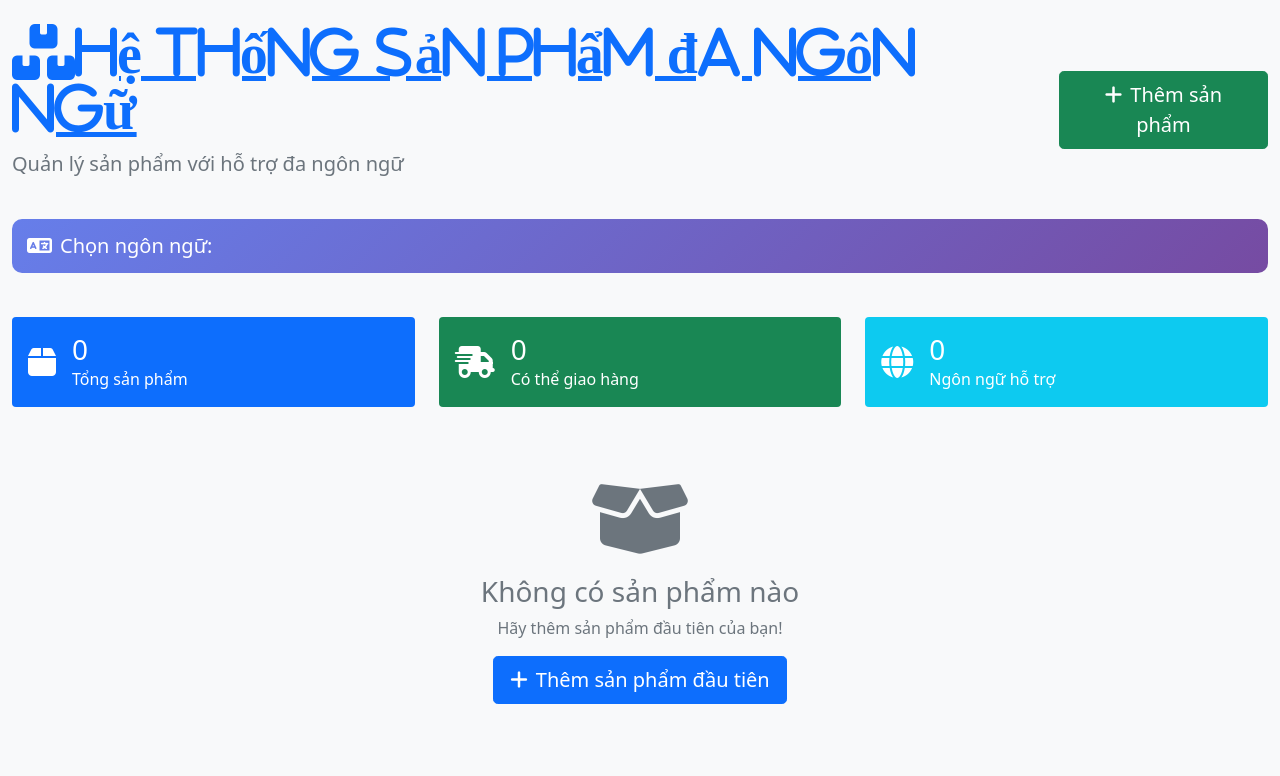
Repository: MaryPhuong11/JSP-Servlet
Page: http://localhost/JSP-Servlet/products
The author's editor kept a copy of each file at every save. The page is drawn from the files as they stood at one save, then again after the next save.
The browser window is 1280 px wide. The pictures show the whole page.
The page is served by Tomcat 9. Other server files are loaded and not shown. Queries for data that is not in the repository find no rows.

Above is the page before, as saved 2025-10-14 10:58:36.

### JSP-Servlet/src/main/webapp/WEB-INF/jsp/product-list.jsp
<%@ page contentType="text/html;charset=UTF-8" language="java" %>
<%@ taglib prefix="c" uri="http://java.sun.com/jsp/jstl/core" %>
<%@ taglib prefix="fmt" uri="http://java.sun.com/jsp/jstl/fmt" %>
<fmt:setLocale value="${sessionScope.appLocale}" />
<fmt:setBundle basename="i18n.messages" />
<!DOCTYPE html>
<html lang="vi">
<head>
    <meta charset="UTF-8">
    <meta name="viewport" content="width=device-width, initial-scale=1.0">
    <title>Danh sách sản phẩm - Multi-language Product System</title>
    <link href="https://cdn.jsdelivr.net/npm/bootstrap@5.1.3/dist/css/bootstrap.min.css" rel="stylesheet">
    <link href="https://cdnjs.cloudflare.com/ajax/libs/font-awesome/6.0.0/css/all.min.css" rel="stylesheet">
    <style>
        .language-selector {
            background: linear-gradient(135deg, #667eea 0%, #764ba2 100%);
            border-radius: 10px;
            padding: 15px;
            margin-bottom: 20px;
        }
        .card-product {
            transition: transform 0.3s ease;
            border-radius: 15px;
            box-shadow: 0 4px 6px rgba(0,0,0,0.1);
        }
        .card-product:hover {
            transform: translateY(-5px);
            box-shadow: 0 8px 25px rgba(0,0,0,0.15);
        }
        .price-tag {
            background: linear-gradient(45deg, #ff6b6b, #ee5a24);
            color: white;
            padding: 8px 15px;
            border-radius: 25px;
            font-weight: bold;
        }
        .category-badge {
            background: linear-gradient(45deg, #4834d4, #686de0);
            color: white;
            padding: 5px 12px;
            border-radius: 15px;
            font-size: 0.85em;
        }
        .shipping-status {
            padding: 3px 8px;
            border-radius: 10px;
            font-size: 0.8em;
        }
        .can-ship {
            background-color: #d4edda;
            color: #155724;
        }
        .no-ship {
            background-color: #f8d7da;
            color: #721c24;
        }
    </style>
</head>
<body class="bg-light">
    <div class="container-fluid py-4">
        <!-- Header -->
        <div class="row mb-4">
            <div class="col-12">
                <div class="d-flex justify-content-between align-items-center">
                    <div>
                        <h1 class="display-4 fw-bold text-primary">
                           <a href="/JSP-Servlet/products" class="fas fa-boxes me-3"><fmt:message key="product.list.title"/></a>
                        </h1>
                        <p class="lead text-muted"><fmt:message key="product.list.subtitle"/></p>
                    </div>
                    <div>
                        <a href="products?action=add" class="btn btn-success btn-lg">
                            <i class="fas fa-plus me-2"></i><fmt:message key="product.add"/>
                        </a>
                    </div>
                </div>
            </div>
        </div>

        <!-- Language Selector -->
        <div class="row mb-4">
            <div class="col-12">
                <div class="language-selector">
                    <div class="d-flex align-items-center">
                        <h5 class="text-white mb-0 me-3">
                            <i class="fas fa-language me-2"></i><fmt:message key="language.select"/>
                        </h5>
                        <div class="btn-group" role="group">
                            <c:forEach var="lang" items="${languages}">
                                <a href="products?lang=${lang.languageId}"
                                   class="btn ${currentLang == lang.languageId ? 'btn-light' : 'btn-outline-light'} btn-sm">
                                    ${lang.language}
                                </a>
                            </c:forEach>
                        </div>
                    </div>
                </div>
            </div>
        </div>

        <!-- Statistics -->
        <div class="row mb-4">
            <div class="col-md-4">
                <div class="card border-0 bg-primary text-white">
                    <div class="card-body">
                        <div class="d-flex align-items-center">
                            <i class="fas fa-box fa-2x me-3"></i>
                            <div>
                                <h3 class="mb-0">${products.size()}</h3>
                                <p class="mb-0"><fmt:message key="stats.totalProducts"/></p>
                            </div>
                        </div>
                    </div>
                </div>
            </div>
            <div class="col-md-4">
                <div class="card border-0 bg-success text-white">
                    <div class="card-body">
                        <div class="d-flex align-items-center">
                            <i class="fas fa-shipping-fast fa-2x me-3"></i>
                            <div>
                                <h3 class="mb-0">
                                    <c:set var="shippableCount" value="0"/>
                                    <c:forEach var="product" items="${products}">
                                        <c:if test="${product.productCategory.canBeShipped}">
                                            <c:set var="shippableCount" value="${shippableCount + 1}"/>
                                        </c:if>
                                    </c:forEach>
                                    ${shippableCount}
                                </h3>
                                <p class="mb-0"><fmt:message key="stats.shippable"/></p>
                            </div>
                        </div>
                    </div>
                </div>
            </div>
            <div class="col-md-4">
                <div class="card border-0 bg-info text-white">
                    <div class="card-body">
                        <div class="d-flex align-items-center">
                            <i class="fas fa-globe fa-2x me-3"></i>
                            <div>
                                <h3 class="mb-0">${languages.size()}</h3>
                                <p class="mb-0"><fmt:message key="stats.supportedLanguages"/></p>
                            </div>
                        </div>
                    </div>
                </div>
            </div>
        </div>

        <!-- Products Grid -->
        <div class="row">
            <c:forEach var="product" items="${products}">
                <div class="col-lg-4 col-md-6 mb-4">
                    <div class="card card-product h-100 border-0">
                        <div class="card-header bg-transparent border-0 d-flex justify-content-between align-items-center">
                            <span class="category-badge">
                                <i class="fas fa-tag me-1"></i>
                                ${product.productCategory.categoryName}
                            </span>
                            <span class="shipping-status ${product.productCategory.canBeShipped ? 'can-ship' : 'no-ship'}">
                                <i class="fas fa-${product.productCategory.canBeShipped ? 'truck' : 'times'} me-1"></i>
                                ${product.productCategory.canBeShipped ? 'Có thể giao' : 'Không giao'}
                            </span>
                        </div>

                        <div class="card-body">
                            <h5 class="card-title fw-bold text-dark">
                                <i class="fas fa-cube me-2 text-primary"></i>
                                ${product.productName}
                            </h5>

                            <p class="card-text text-muted mb-3">
                                ${product.productDescription}
                            </p>

                            <div class="row text-center mb-3">
                                <div class="col-6">
                                    <div class="border-end">
                                        <h6 class="text-muted mb-1"><fmt:message key="product.id"/></h6>
                                        <span class="fw-bold">#${product.productId}</span>
                                    </div>
                                </div>
                                <div class="col-6">
                                        <h6 class="text-muted mb-1"><fmt:message key="weight"/></h6>
                                    <span class="fw-bold">
                                        <c:choose>
                                            <c:when test="${product.weight != null}">
                                                <fmt:formatNumber value="${product.weight}" pattern="#,##0.##"/> kg
                                            </c:when>
                                            <c:otherwise>N/A</c:otherwise>
                                        </c:choose>
                                    </span>
                                </div>
                            </div>

                            <div class="text-center mb-3">
                                <span class="price-tag">
                                    <i class="fas fa-dollar-sign me-1"></i>
                                    <fmt:formatNumber value="${product.price}" pattern="#,##0.00"/> <fmt:message key="price.label"/>
                                </span>
                            </div>
                        </div>

                        <div class="card-footer bg-transparent border-0">
                            <div class="d-grid gap-2 d-md-block text-center">
                                <a href="products?action=detail&id=${product.productId}&lang=${currentLang}"
                                   class="btn btn-primary btn-sm">
                                    <i class="fas fa-eye me-1"></i><fmt:message key="product.detail"/>
                                </a>
                                <a href="products?action=edit&id=${product.productId}"
                                   class="btn btn-warning btn-sm">
                                    <i class="fas fa-edit me-1"></i><fmt:message key="edit"/>
                                </a>
                                <button onclick="deleteProduct(${product.productId})"
                                        class="btn btn-danger btn-sm">
                                    <i class="fas fa-trash me-1"></i><fmt:message key="delete"/>
                                </button>
                            </div>
                        </div>
                    </div>
                </div>
            </c:forEach>
        </div>

        <c:if test="${empty products}">
            <div class="row">
                <div class="col-12 text-center py-5">
                    <i class="fas fa-box-open fa-5x text-muted mb-3"></i>
                    <h3 class="text-muted"><fmt:message key="noProducts.title"/></h3>
                    <p class="text-muted"><fmt:message key="noProducts.subtitle"/></p>
                    <a href="products?action=add" class="btn btn-primary btn-lg">
                        <i class="fas fa-plus me-2"></i><fmt:message key="addFirstProduct"/>
                    </a>
                </div>
            </div>
        </c:if>
    </div>

    <!-- Bootstrap JS -->
    <script src="https://cdn.jsdelivr.net/npm/bootstrap@5.1.3/dist/js/bootstrap.bundle.min.js"></script>

    <script>
        function deleteProduct(productId) {
            if (confirm('Bạn có chắc chắn muốn xóa sản phẩm này?')) {
                var form = document.createElement('form');
                form.method = 'POST';
                form.action = 'products';

                var actionInput = document.createElement('input');
                actionInput.type = 'hidden';
                actionInput.name = 'action';
                actionInput.value = 'delete';

                var idInput = document.createElement('input');
                idInput.type = 'hidden';
                idInput.name = 'id';
                idInput.value = productId;

                form.appendChild(actionInput);
                form.appendChild(idInput);
                document.body.appendChild(form);
                form.submit();
            }
        }
    </script>
</body>
</html>

### JSP-Servlet/src/main/java/com/multilang/util/DatabaseConnection.java
package com.multilang.util;

import java.sql.Connection;
import java.sql.DriverManager;
import java.sql.SQLException;

public class DatabaseConnection {
    private static final String URL = "jdbc:mysql://localhost:3306/multilang_product_db?useSSL=false&allowPublicKeyRetrieval=true&serverTimezone=UTC&useUnicode=true&characterEncoding=UTF-8&connectionCollation=utf8mb4_unicode_ci";
    private static final String USERNAME = "root";
    private static final String PASSWORD = "admin";
    private static final String DRIVER = "com.mysql.cj.jdbc.Driver";

    static {
        try {
            Class.forName(DRIVER);
        } catch (ClassNotFoundException e) {
            throw new RuntimeException("Failed to load MySQL JDBC driver", e);
        }
    }

    public static Connection getConnection() throws SQLException {
        return DriverManager.getConnection(URL, USERNAME, PASSWORD);
    }

    public static void closeConnection(Connection connection) {
        if (connection != null) {
            try {
                connection.close();
            } catch (SQLException e) {
                e.printStackTrace();
            }
        }
    }

    // Test connection method
    public static boolean testConnection() {
        try (Connection connection = getConnection()) {
            return connection != null && !connection.isClosed();
        } catch (SQLException e) {
            System.err.println("Database connection failed: " + e.getMessage());
            return false;
        }
    }
}

Loaded but not shown: JSP-Servlet/src/main/java/com/multilang/servlet/ProductServlet.java (362 lines, source omitted)

After the next save:
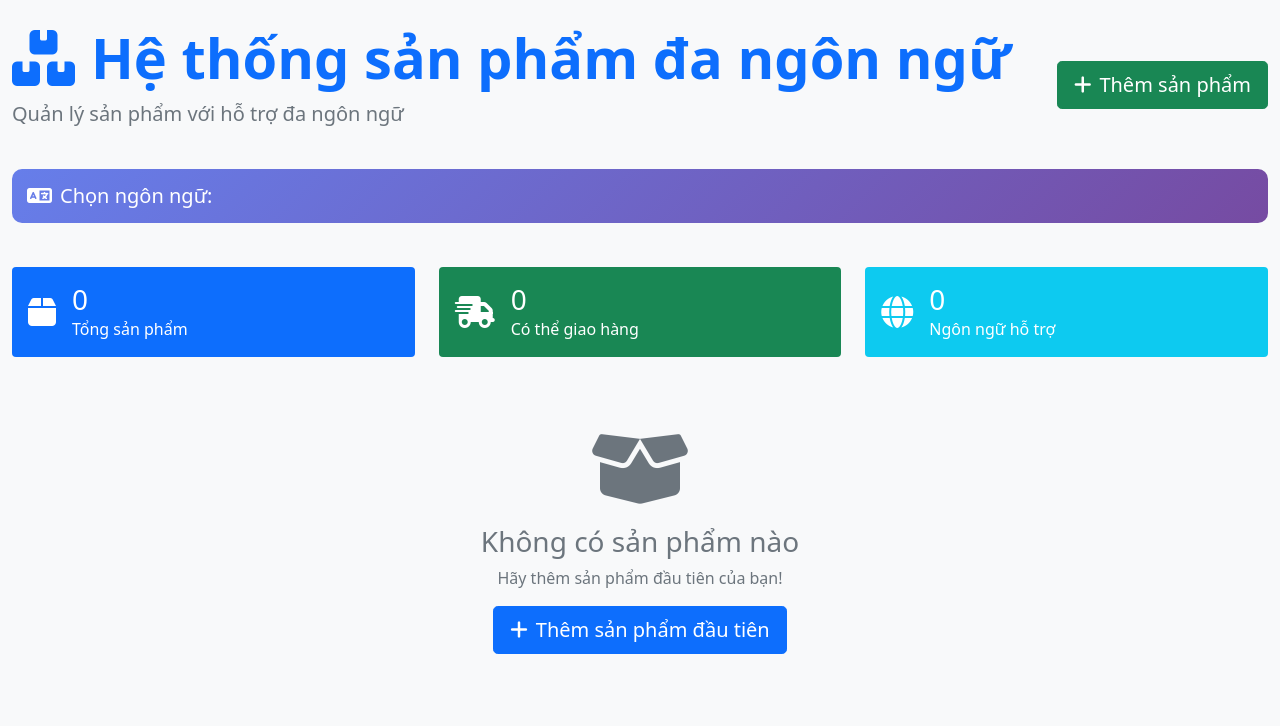
Saved 41 s later.
--- a/JSP-Servlet/src/main/webapp/WEB-INF/jsp/product-list.jsp
+++ b/JSP-Servlet/src/main/webapp/WEB-INF/jsp/product-list.jsp
@@ -64,7 +64,7 @@
                 <div class="d-flex justify-content-between align-items-center">
                     <div>
                         <h1 class="display-4 fw-bold text-primary">
-                           <a href="/JSP-Servlet/products" class="fas fa-boxes me-3"><fmt:message key="product.list.title"/></a>
+                            <i class="fas fa-boxes me-3"></i><fmt:message key="product.list.title"/>
                         </h1>
                         <p class="lead text-muted"><fmt:message key="product.list.subtitle"/></p>
                     </div>
